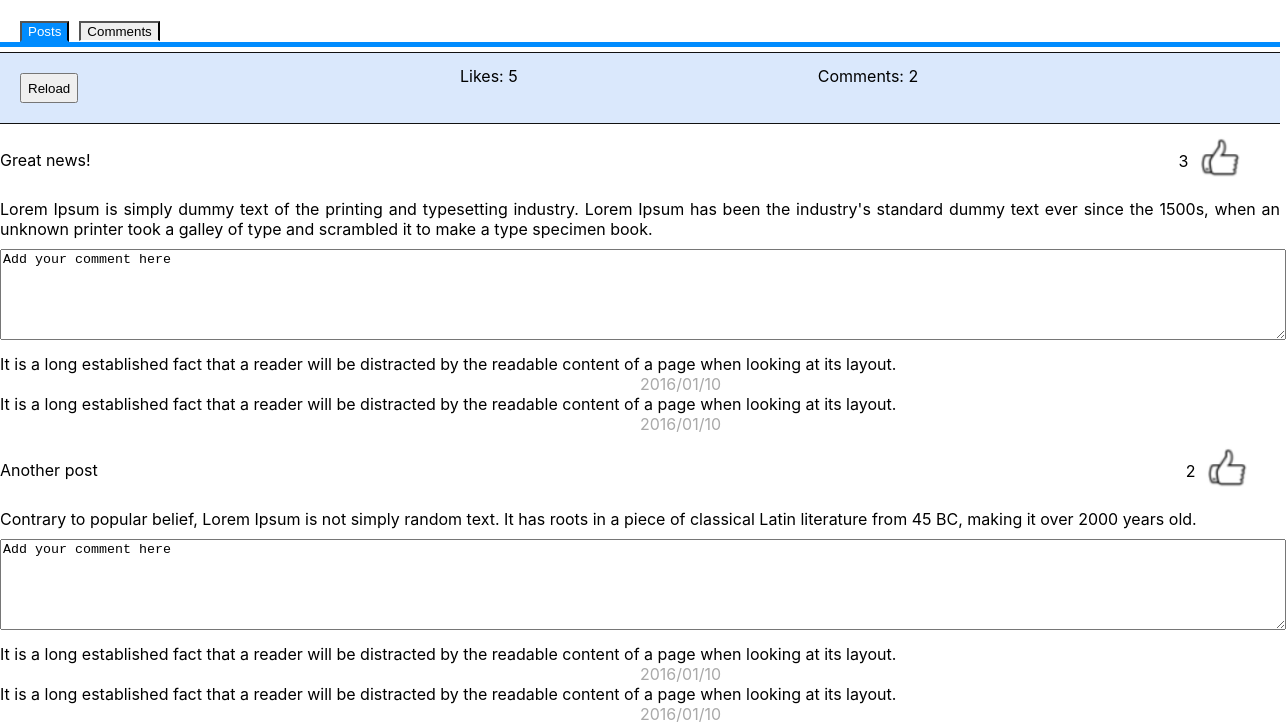
Repository: milosKomiRajkovic94/cleverbit-project
Page: /
An editor plug-in stored every save of this project. The page is shown before and after the next save, followed by the edit.
The browser window is 1280 px wide. The page is 1286 px wide, then 1280 px, so the pictures cover 1286 px, including what lies to the right of the window. The pictures show the whole page.
The project was rebuilt for these pictures with package versions that can differ from the ones it lists, and the page was loaded fresh each time. Also part of the build but not shown: src/utils/Loader.js.

Above is the page before, as saved 2020-10-13 20:50:00.

### src/index.js
import React from 'react';

import ReactDOM from 'react-dom';

import App from './App';

import * as serviceWorker from './serviceWorker';

import configureStore from "./store";

import { Provider } from "react-redux";

import { HashRouter as Router } from "react-router-dom";

import "./scss/index.scss";

const store = configureStore();

ReactDOM.render(
  <React.StrictMode>
    <Provider store={store} >
      <Router>
        <App />
      </Router>
    </Provider>
  </React.StrictMode>,
  document.getElementById('root')
);

// If you want your app to work offline and load faster, you can change
// unregister() to register() below. Note this comes with some pitfalls.
// Learn more about service workers: https://bit.ly/CRA-PWA
serviceWorker.unregister();

### src/App.js
import React, {useEffect, useState, lazy, Suspense} from 'react';

import { connect } from "react-redux";

import { bindActionCreators } from "redux";

import { loadCurrentPosts } from "./actions/postActions";

import {
  useHistory,
  Route,
  Switch,
  withRouter,
} from "react-router-dom";

import Header from "./components/HeaderComponents/Header";

import PostsContainer from "./components/PostsComponents/PostsContainer";

import { POSTS, COMMENTS, HOME } from "./constants/urls";

import Loader from "./utils/Loader";

const App = ({ currentPosts, currentPostsAreLoading, currentPostsFailedLoading, loadCurrentPostsAction }) => {

  const [initialLoadingDone, setInitialLoadingDone] = useState(false);
  const history = useHistory();

  useEffect(() => {
    if(!initialLoadingDone){
      loadCurrentPostsAction(true);
      setInitialLoadingDone(true);
    }
  }, [initialLoadingDone, loadCurrentPostsAction])

  function changeLocation(locationToGo) {
    history.push(locationToGo);
  }

  function waitingComponent(Component) {
    return (props) => (
      <Suspense
        fallback={<Loader classNameOfWrapper="centered" text={"Loading"} />}
      >
        <Component {...props} />
      </Suspense>
    );
  }

  return (
    <div className="App">
       <Header
        changeLocation={changeLocation}
       />
       <Switch>
        <Route exact path={HOME} component={PostsContainer} />
        <Route
          exact
          path={POSTS}
          component={waitingComponent(
            lazy(() =>
              import("./components/PostsComponents/PostsContainer")
            )
          )}
        />
        <Route
          exact
          path={COMMENTS}
          component={waitingComponent(
            lazy(() =>
              import("./components/CommentsComponents/CommentsContainer")
            )
          )}
        />
      </Switch>
    </div>
  );
}

const mapStateToProps = (state) => {
  return {
    currentPosts: state.postReducer.currentPosts,
    currentPostsAreLoading: state.postReducer.currentPostsAreLoading,
    currentPostsFailedLoading: state.postReducer.currentPostsFailedLoading,
  }
}

const mapDispatchToProps = (dispatch) => {
  return{
    loadCurrentPostsAction: bindActionCreators(loadCurrentPosts, dispatch)
  }
}

export default withRouter(connect(mapStateToProps, mapDispatchToProps) (App));

### src/store.js
import { createStore, applyMiddleware } from "redux";

import thunk from "redux-thunk";

import rootReducer from "./reducers";

export default function configureStore(){
    return createStore(
        rootReducer,
        applyMiddleware(thunk)
    )
}

### src/scss/index.scss
@import 'app';

@import 'header';

@import 'posts';

### src/actions/postActions.js
import { CURRENT_POSTS_LOADED_SUCCESSFULLY, CURRENT_POSTS_ARE_LOADING, CURRENT_POSTS_FAILED_LOADING, CURRENT_POSTS_LOADED_SUCCESSFULLY_AFTER_INITIAL_LOAD } from "./actionTypes";

import  fakeData from "../constants/fakeData";

export function currentPostsAreLoadingAction(currentPostsAreLoading){
    return{
        type: CURRENT_POSTS_ARE_LOADING,
        currentPostsAreLoading
    }
}

export function currentPostsFailedLoadingAction(currentPostsFailedLoading){
    return{
        type: CURRENT_POSTS_FAILED_LOADING,
        currentPostsFailedLoading
    }
}

export function currentPostsLoadedSuccessfullyAction(currentPosts){
    return{
        type: CURRENT_POSTS_LOADED_SUCCESSFULLY,
        currentPosts
    }
}

/* This is just an action for remaining the current state in order not to have restarted data, but instead updated current data after click on RELOAD BUTTON.
    Delete this action after implementation of API endpoint and use just currentPostsLoadedSuccessfullyAction in order to send current data from the endpoint.
*/
export function currentPostsLoadedSuccessfullyAfterInitialLoad(){
    return{
        type: CURRENT_POSTS_LOADED_SUCCESSFULLY_AFTER_INITIAL_LOAD,
    }
}


export function loadCurrentPosts(initialLoad){
    return(dispatch) => {
        dispatch(currentPostsAreLoadingAction(true));
        /* I will pass direct fake JSON data here and you can implement your actual API end point request here.
        setTimeout will be used as imitation that it takes some time for the request to reach endpoint. */
        setTimeout(function(){
            if(initialLoad){
                dispatch(currentPostsLoadedSuccessfullyAction(fakeData));
            }else {
                dispatch(currentPostsLoadedSuccessfullyAfterInitialLoad());
            }
        }, 1500)

    }
}

### src/components/HeaderComponents/Header.js
import React from "react";

import {
    POSTS,
    COMMENTS,
    HOME
} from "../../constants/urls";

import {
    withRouter,
    useLocation,
  } from "react-router-dom";

const Header = ({ changeLocation }) => {
    const location = useLocation();

    return(
        <div className="header">
            <button className={location.pathname === POSTS || location.pathname === HOME ? "selectedHeaderButton" : "ordinaryButton"} onClick={() => changeLocation(POSTS)}>
                Posts
            </button>
            <button className={location.pathname === COMMENTS ? "rightButton selectedHeaderButton" : "rightButton ordinaryButton"} onClick={() => changeLocation(COMMENTS)}>
                Comments
            </button>
        </div>
    )
}

export default withRouter(Header);

### src/components/PostsComponents/PostsContainer.js
import React from "react";

import { connect } from "react-redux";

import Post from "./Post";

const PostsContainer = ({
    currentNumberOfLikes,
    currentNumberOfComments,
    currentPosts
}) => {
    return(
        <div>
            <div className="postsHeader">
                <button className="reloadButton">
                    Reload
                </button>
                <div className="likesAndCommentsNumber">
                    <span className="likesNumber">
                        Likes: {currentNumberOfLikes}
                    </span>
                    <span className="commentsNumber">
                        Comments: {currentNumberOfComments}
                    </span>
                </div>
            </div>
            <div className="postsContainer">
                {currentPosts.map((singlePost) => {
                    return(
                        <Post
                            key={"singlePost" + singlePost.id}
                            title={singlePost.title}
                            comments={singlePost.comments}
                            description={singlePost.description}
                            numberOfLikes={singlePost.numberOfLikes}
                        />
                    )
                })}
            </div>
        </div>
    )
}

const mapStateToProps = (state) => {
    return{
        currentNumberOfLikes: state.postReducer.currentNumberOfLikes,
        currentNumberOfComments: state.postReducer.currentNumberOfComments,
        currentPosts: state.postReducer.currentPosts,
    }
}

export default connect(mapStateToProps) (PostsContainer);

### src/constants/urls.js
export const POSTS = "/posts";
export const COMMENTS = "/comments";
export const HOME = "/";

### src/reducers/index.js
import { combineReducers } from "redux";

import { postReducer } from "./postsReducer";

export default combineReducers({
    postReducer
});

### src/scss/app.scss
body {
  margin: 0;
  font-family: -apple-system, BlinkMacSystemFont, 'Segoe UI', 'Roboto', 'Oxygen',
    'Ubuntu', 'Cantarell', 'Fira Sans', 'Droid Sans', 'Helvetica Neue',
    sans-serif;
  -webkit-font-smoothing: antialiased;
  -moz-osx-font-smoothing: grayscale;
}

code {
  font-family: source-code-pro, Menlo, Monaco, Consolas, 'Courier New',
    monospace;
}

.centered {
  position: fixed;
  top: 50%;
  left: 50%;
}

### src/scss/header.scss
.header {
  padding: 20px;
  border-bottom: 5px solid #008cff;
  padding-bottom: 0px;
}

.selectedHeaderButton,
.selectedHeaderButton:focus,
.selectedHeaderButton:active {
  background: #008cff;
  color: #fff;
  border-bottom: 2px solid #008cff;
  outline: none;
}

.ordinaryButton {
  border-bottom: 1px solid #fff;
}

.rightButton {
  margin-left: 10px;
}

### src/scss/posts.scss
.postsHeader {
  display: inline-flex;
  width: 100%;
  height: 70px;
  margin-top: 5px;
  border-top: 1px solid #111;
  border-bottom: 1px solid #111;
  background-color: #dae8fc;
}

.likesAndCommentsNumber span {
  padding: 150px;
}

.likesAndCommentsNumber {
  width: 100%;
  text-align: center;
  padding-top: 1%;
}

.reloadButton {
  margin: 20px;
}

.postHeader {
  display: inline-flex;
  width: 100%;
  height: 75px;
}

.postLikes {
  display: inline-flex;
  padding-left: 85%;
}

.concreteNumberOfLikes {
  padding-top: 35%;
}

.postTitle {
  padding-top: 2%;
}

.postDescription {
  text-align: justify;
}

.postCommentSection textarea {
  width: 100%;
  height: 85px;
  margin-top: 10px;
  margin-bottom: 10px;
}

.singleCommentText {
  display: block;
  width: 100%;
}

.singleCommentDate {
  width: 100%;
  padding-left: 50%;
  color: darkgrey;
}

### src/actions/actionTypes.js
export const CURRENT_POSTS_LOADED_SUCCESSFULLY = "CURRENT_POSTS_LOADED_SUCCESSFULLY";
export const CURRENT_POSTS_LOADED_SUCCESSFULLY_AFTER_INITIAL_LOAD = "CURRENT_POSTS_LOADED_SUCCESSFULLY_AFTER_INITIAL_LOAD";
export const CURRENT_POSTS_ARE_LOADING = "CURRENT_POSTS_ARE_LOADING";
export const CURRENT_POSTS_FAILED_LOADING = "CURRENT_POSTS_FAILED_LOADING";

### src/constants/fakeData.js
export default [
    {
        id: 1,
        title: "Great news!",
        description: "Lorem Ipsum is simply dummy text of the printing and typesetting industry. Lorem Ipsum has been the industry's standard dummy text ever since the 1500s, when an unknown printer took a galley of type and scrambled it to make a type specimen book.",
        comments: [
            {
                id: 1,
                text: "It is a long established fact that a reader will be distracted by the readable content of a page when looking at its layout.",
                date: "2016/01/10"
            },
            {
                id: 2,
                text: "It is a long established fact that a reader will be distracted by the readable content of a page when looking at its layout.",
                date: "2016/01/10"
            }
        ],
        numberOfLikes: 3
    },
    {
        id: 2,
        title: "Another post",
        description: "Contrary to popular belief, Lorem Ipsum is not simply random text. It has roots in a piece of classical Latin literature from 45 BC, making it over 2000 years old.",
        comments: [
            {
                id: 3,
                text: "It is a long established fact that a reader will be distracted by the readable content of a page when looking at its layout.",
                date: "2016/01/10"
            },
            {
                id: 2,
                text: "It is a long established fact that a reader will be distracted by the readable content of a page when looking at its layout.",
                date: "2016/01/10"
            }
        ],
        numberOfLikes: 2
    }
]

### src/components/PostsComponents/Post.js
import React from "react";

const Post = ({ title, description, comments, numberOfLikes }) => {
    return(
        <div className="singlePost">
            <div className="postHeader">
                <div className="postTitle">
                    {title}
                </div>
                <div className="postLikes">
                    <span className="concreteNumberOfLikes">
                        {numberOfLikes}
                    </span>
                    <img className="likeImage" src={require("./images/likeButtonImage.png")} alt="likeImage" />
                </div>
            </div>
            <div className="postDescription">
                {description}
            </div>
            <div className="postCommentSection">
                <textarea name="newComment" defaultValue={"Add your comment here"} />
            </div>
            {comments.map((comment) => {
                return(
                    <div key={"singleComment" + comment.id} className="singleComment">
                        <span className="singleCommentText">
                            {comment.text}
                        </span>
                        <span className="singleCommentDate">
                            {comment.date}
                        </span>
                    </div>
                )
            })}
        </div>
    )
}

export default Post;

### src/reducers/postsReducer.js
import { CURRENT_POSTS_LOADED_SUCCESSFULLY, CURRENT_POSTS_ARE_LOADING, CURRENT_POSTS_FAILED_LOADING, CURRENT_POSTS_LOADED_SUCCESSFULLY_AFTER_INITIAL_LOAD } from "../actions/actionTypes";

import initialState from "../initialState";


export function postReducer(
    state = initialState.postsReducerState,
    action
) {
    switch(action.type){
        case CURRENT_POSTS_LOADED_SUCCESSFULLY: {
            return{
                ...state,
                currentPosts: action.currentPosts,
                currentPostsAreLoading: false,
                currentPostsFailedLoading: false,
            };
        }

        //When using the real API endpoint just remove this case
        case CURRENT_POSTS_LOADED_SUCCESSFULLY_AFTER_INITIAL_LOAD: {
            return{
                ...state,
                currentPosts: state.currentPosts,
                currentPostsAreLoading: false,
                currentPostsFailedLoading: false,
            };
        }

        case CURRENT_POSTS_ARE_LOADING: {
            return{
                ...state,
                //When using the real API endpoint just replace this with empty array []
                currentPosts: state.currentPosts,
                currentPostsAreLoading: action.currentPostsAreLoading,
                currentPostsFailedLoading: false,
            };
        }

        case CURRENT_POSTS_FAILED_LOADING: {
            return {
                ...state,
                //When using the real API endpoint just replace this with empty array []
                currentPosts: state.currentPosts,
                currentPostsAreLoading: false,
                currentPostsFailedLoading: action.currentPostsFailedLoading,
            }
        }

        default: {
            return state;
        }
    }
}

### src/initialState.js
export default {
    postsReducerState: {
        currentPosts: [],
        currentNumberOfLikes: 5,
        currentNumberOfComments: 2,
        currentPostsAreLoading: false,
        currentPostsFailedLoading: false,
    }
}

Loaded but not shown: public/index.html (common file); src/serviceWorker.js (common file)

After the next save:
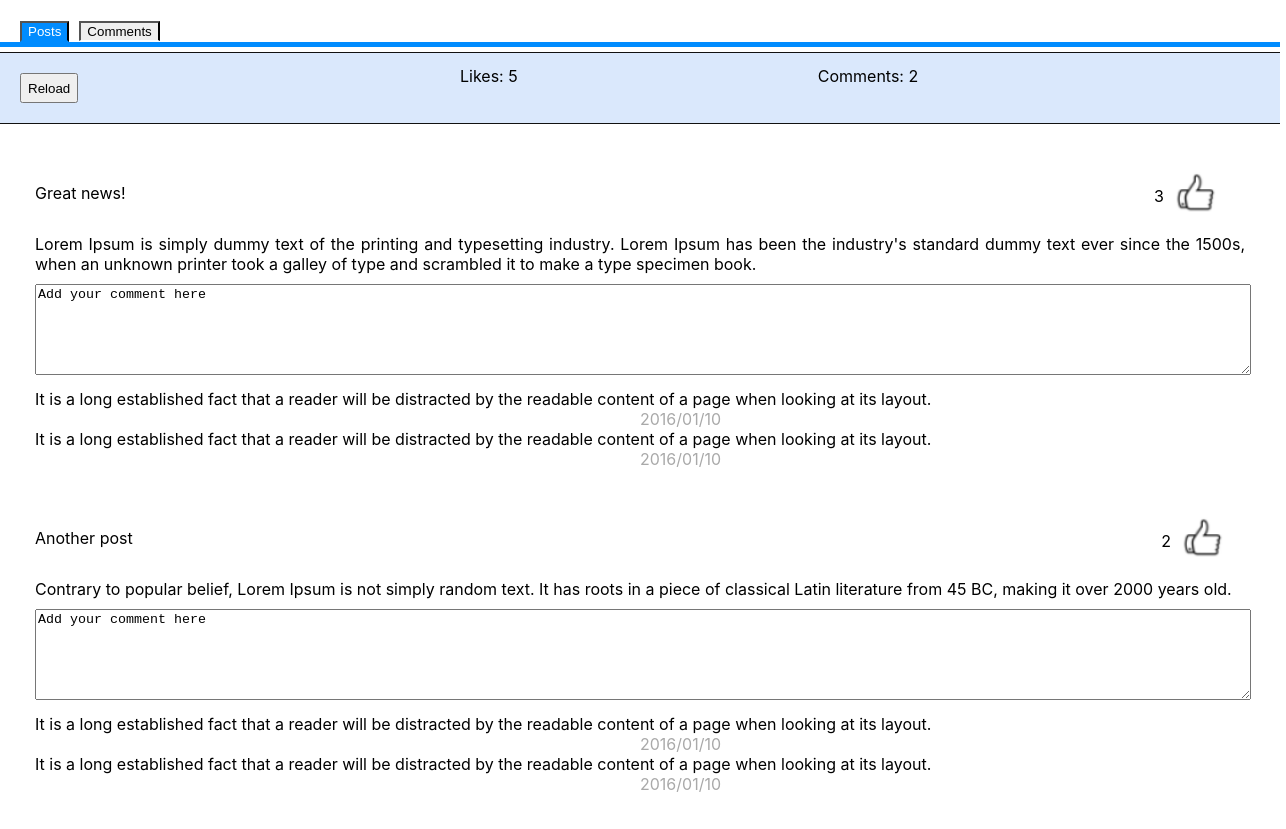
Saved 73 s later.
--- a/src/scss/posts.scss
+++ b/src/scss/posts.scss
@@ -62,3 +62,7 @@
   padding-left: 50%;
   color: darkgrey;
 }
+
+.singlePost {
+  margin: 35px;
+}
